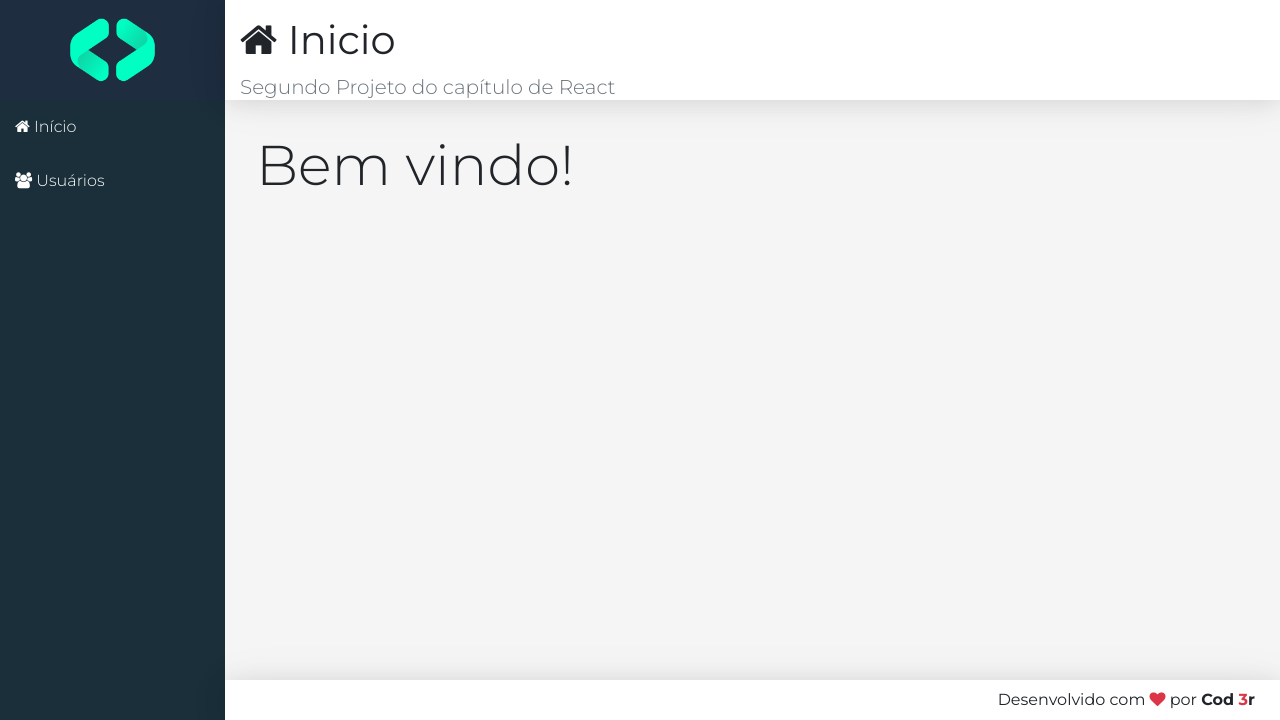
Repository: eversonps/projeto-cadastro-usuarios-firebase
Page: / (app in frontend/)
The author's editor kept a copy of each file at every save. The page is drawn from the files as they stood at one save, then again after a run of saves.
The browser window is 1280 px wide. The pictures show the whole page.
The project was rebuilt for these pictures with package versions that can differ from the ones it lists, and the page was loaded fresh each time.

Above is the page before, as saved 2022-03-22 13:38:00.

### frontend/public/index.html
<!DOCTYPE html>
<html lang="en">
  <head>
    <meta charset="utf-8" />
    <link rel="icon" href="%PUBLIC_URL%/favicon.ico" />
    <link rel="preconnect" href="https://fonts.googleapis.com">
    <link rel="preconnect" href="https://fonts.gstatic.com" crossorigin>
    <link href="https://fonts.googleapis.com/css2?family=Montserrat:wght@300;400;700&display=swap" rel="stylesheet">
    <meta name="viewport" content="width=device-width, initial-scale=1" />
    <meta name="theme-color" content="#000000" />
    <meta
      name="description"
      content="Web site created using create-react-app"
    />
    <link rel="apple-touch-icon" href="%PUBLIC_URL%/logo192.png" />
    <!--
      manifest.json provides metadata used when your web app is installed on a
      user's mobile device or desktop. See https://developers.google.com/web/fundamentals/web-app-manifest/
    -->
    <link rel="manifest" href="%PUBLIC_URL%/manifest.json" />
    <!--
      Notice the use of %PUBLIC_URL% in the tags above.
      It will be replaced with the URL of the `public` folder during the build.
      Only files inside the `public` folder can be referenced from the HTML.

      Unlike "/favicon.ico" or "favicon.ico", "%PUBLIC_URL%/favicon.ico" will
      work correctly both with client-side routing and a non-root public URL.
      Learn how to configure a non-root public URL by running `npm run build`.
    -->
    <title>React App</title>
  </head>
  <body>
    <noscript>You need to enable JavaScript to run this app.</noscript>
    <div id="root"></div>
    <!--
      This HTML file is a template.
      If you open it directly in the browser, you will see an empty page.

      You can add webfonts, meta tags, or analytics to this file.
      The build step will place the bundled scripts into the <body> tag.

      To begin the development, run `npm start` or `yarn start`.
      To create a production bundle, use `npm run build` or `yarn build`.
    -->
  </body>
</html>

### frontend/src/index.js
import React from 'react';
import ReactDOM from 'react-dom';
import './index.css';
import App from './main/app';
import reportWebVitals from './reportWebVitals';

ReactDOM.render(
  <React.StrictMode>
    <App />
  </React.StrictMode>,
  document.getElementById('root')
);

// If you want to start measuring performance in your app, pass a function
// to log results (for example: reportWebVitals(console.log))
// or send to an analytics endpoint. Learn more: https://bit.ly/CRA-vitals
reportWebVitals();

### frontend/src/main/app.jsx
import "./app.css"
import "bootstrap/dist/css/bootstrap.min.css"
import "font-awesome/css/font-awesome.min.css"

import React from "react"

import Logo from "../components/template/logo"
import Nav from "../components/template/nav"
import Main from "../components/template/main"
import Footer from "../components/template/footer"

export default props => {
    return (
        <div className="app">
        <Logo></Logo>
        <Nav></Nav>
        <Main icon="home" title="Inicio" subtitle="Segundo Projeto do capítulo de React">
            <div className="display-4">
                Bem vindo!
            </div>
        </Main>
        <Footer></Footer>
    </div>
    )
}

### frontend/src/main/app.css
:root{
    --bg-dark: #1A2F3A;
    --logo-height: 100px;
    --header-height: 100px;
    --aside-width: 225px;
    --footer-height: 40px;

    --shadow: 0 2px 23px 0 rgba(0, 0, 0, 0.1), 0 2px 49px 0 rgba(0, 0, 0, 0.06);
}

* {
    box-sizing: border-box;
    font-family: 'Montserrat', sans-serif;
}

.app{
    margin: 0px;
    display: grid;
    grid-template-columns: var(--aside-width) 1fr;
    grid-template-rows: var(--header-height) 1fr var(--footer-height);
    grid-template-areas:
        "logo header"
        "menu content"
        "menu footer";
    height: 100vh;
    background-color: #F5F5F5;
}

aside.logo{
    grid-area: logo;
}

header.header{
    grid-area: header;
}

aside.menu-area{
    grid-area: menu;
}

main.content{
    grid-area: content;
}

footer.footer{
    grid-area: footer;
}

### frontend/src/components/template/logo.jsx
import React from "react"
import "./logo.css"
import logo from "../../assets/images/logo.png"

export default props => (
    <aside className="logo">
        <a href="/" className="logo">
            <img src={logo} alt="logo" />
        </a>
    </aside>
)

### frontend/src/components/template/nav.jsx
import React from "react"
import "./nav.css"

export default props => {
    return (
        <aside className="menu-area">
            <nav className="menu">
                <a href="#/">
                    <i className="fa fa-home"></i> Início
                </a>
                <a href="#/users">
                    <i className="fa fa-users"></i> Usuários
                </a>
            </nav>
        </aside>
    )
}

### frontend/src/components/template/main.jsx
import React from "react"
import Header from "./header"

export default props => (
    <>
        <Header {...props}></Header>
        <main className="content container-fluid">
            <div className="p-3 mt-3">
                {props.children}
            </div>
        </main>
    </>
)

### frontend/src/components/template/footer.jsx
import React from "react";
import "./footer.css"

export default props => (
    <footer className="footer">
        <span>
            Desenvolvido com <i className="fa fa-heart text-danger"></i> por <strong>Cod <span className="text-danger">3</span>r</strong>
        </span>
    </footer>
)

### frontend/src/components/template/logo.css
aside.logo{
    background-color: var(--bg-dark);
    display: flex;
    justify-content: center;
    align-items: center;
}

aside.logo img {
    width: 100%;
}

### frontend/src/components/template/nav.css
aside.menu-area{
    background-color: var(--bg-dark);
    box-shadow: 2px 0 10px 0 rgba(0,0,0,0.12), rgba(0,0,0,0.09);
}

.menu a{
    display: block;
    text-decoration: none;
    color: #FFF;
    font-weight: 300;
    padding: 15px;
}

.menu a:hover {
    background: linear-gradient(135deg, #07A7E3 0%, #32DAC3 100%);
}

### frontend/src/components/template/header.jsx
import React from "react";
import "./header.css"

export default props => (
    <header className="header d-none d-sm-flex flex-column">
        <h1 className="mt-3">
            <i className={`fa fa-${props.icon}`}></i> {props.title}
        </h1>
        <p className="lead text-muted">{props.subtitle}</p>
    </header>
)

### frontend/src/components/template/footer.css
footer.footer{
    display: flex;
    align-items: center;
    justify-content: flex-end;
    padding: 0 25px;
    background-color: #FFF;
    box-shadow: var(--shadow);
}

### frontend/src/components/template/header.css
header.header{
    background-color: #FFF;
    padding: 0px 15px;
    overflow: hidden;
    white-space: nowrap;
    box-shadow: var(--shadow);
}

header.header{
    font-size: 1.8em;
}

Loaded but not shown: frontend/src/index.css (common file); frontend/src/reportWebVitals.js (common file)

After the next 2 saves:
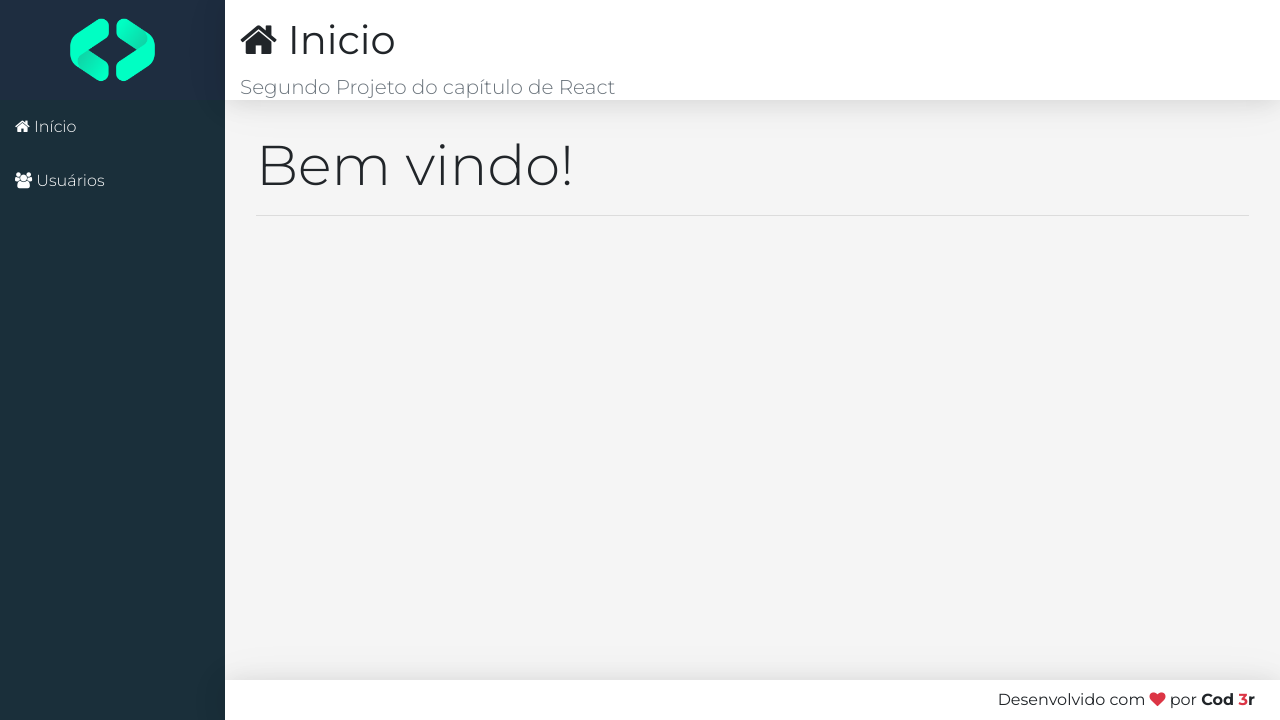
The 2 saves are shown as one change because they came seconds apart.
The last was saved 30 s later.
--- a/frontend/src/main/app.jsx
+++ b/frontend/src/main/app.jsx
@@ -18,6 +18,8 @@ export default props => {
             <div className="display-4">
                 Bem vindo!
             </div>
+            <hr />
+            <p className="mb-0"></p>
         </Main>
         <Footer></Footer>
     </div>
